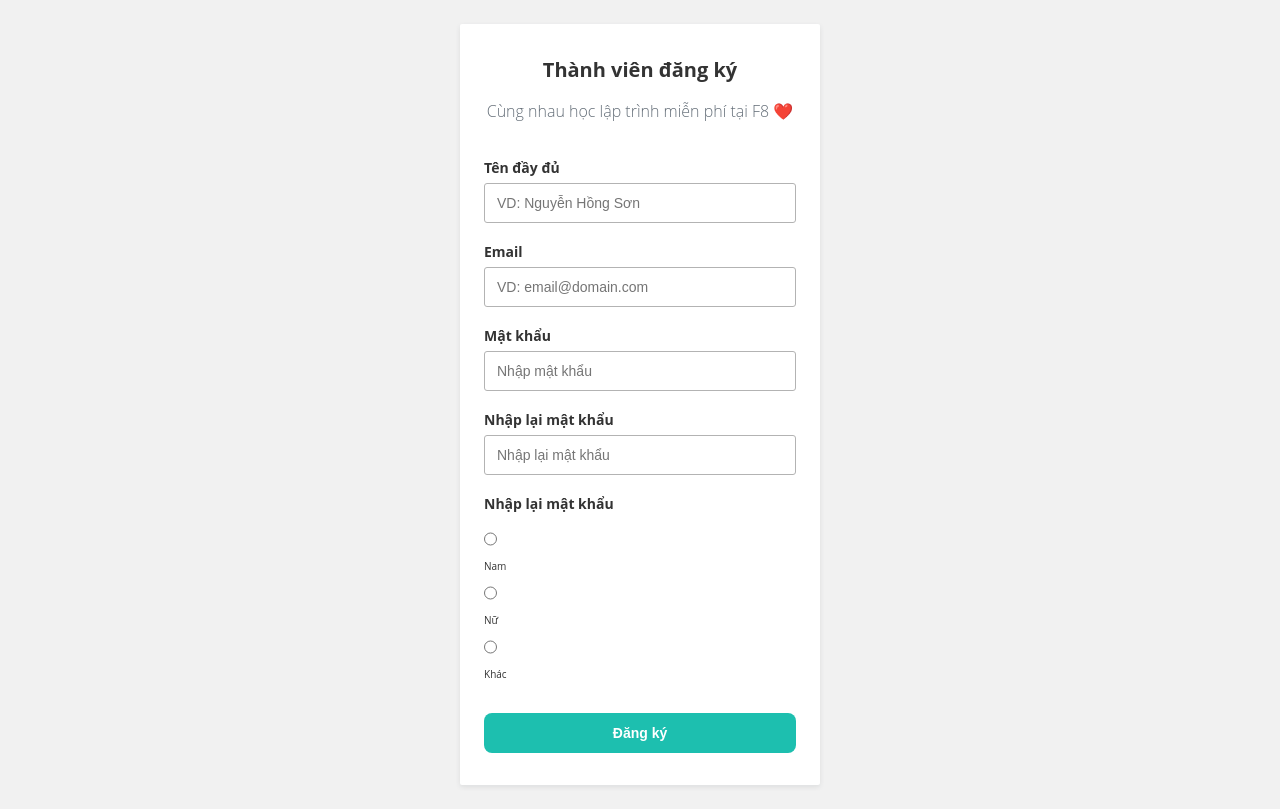
Repository: ahihison/Validation
Page: index.html
These files come from the project's save history. The page is drawn as it stood at one moment and after the next save; the edit follows.
The browser window is 1280 px wide. The pictures show the whole page.

Above is the page before, as saved 2022-08-31 09:18:30.

After the next save:
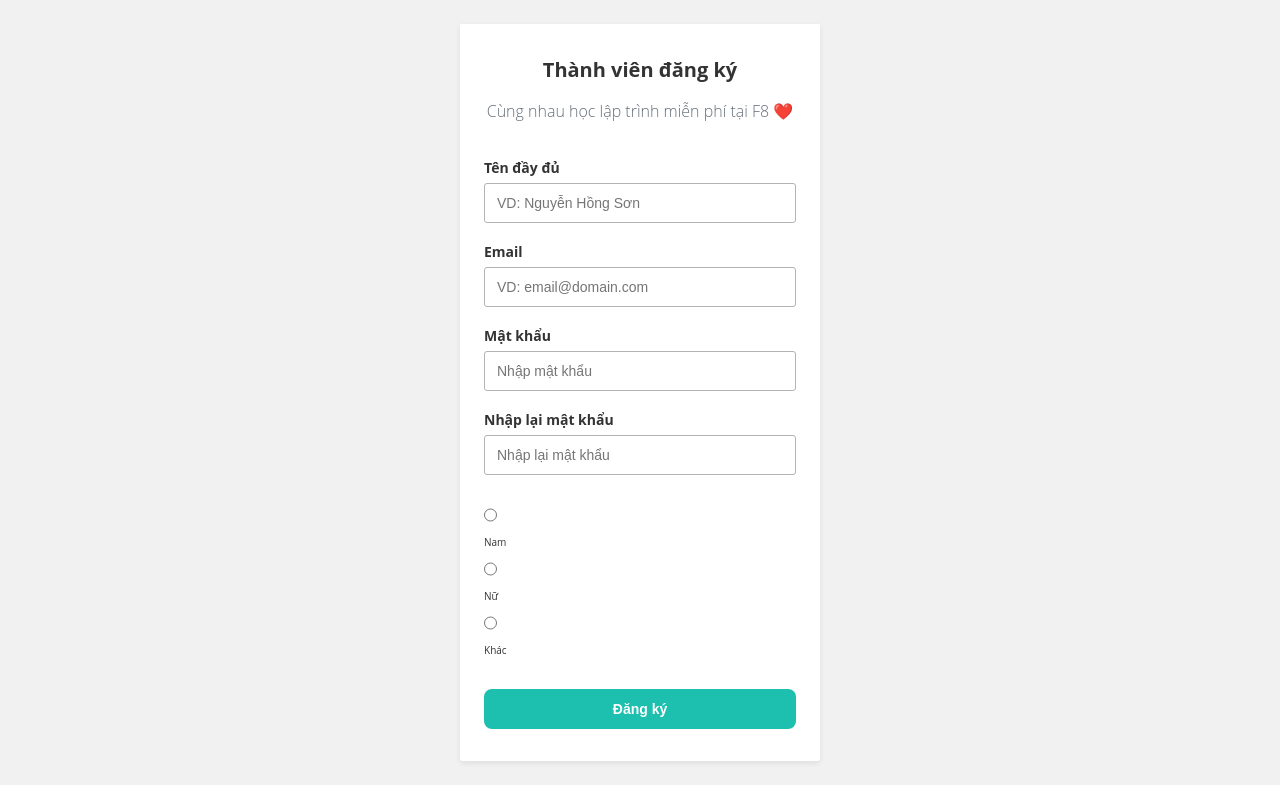
Saved 2 min 59 s later.
--- a/index.html
+++ b/index.html
@@ -35,7 +35,7 @@
                 <span class="form-message"></span>
             </div>
             <div class="form-group format">
-                <label for="password_confirmation" class="form-label" >Nhập lại mật khẩu</label>
+
                 <div>
                     <input type="radio" name="gender" value="male" id="gender" class="form-control">
                     <span id="gender">Nam</span>
